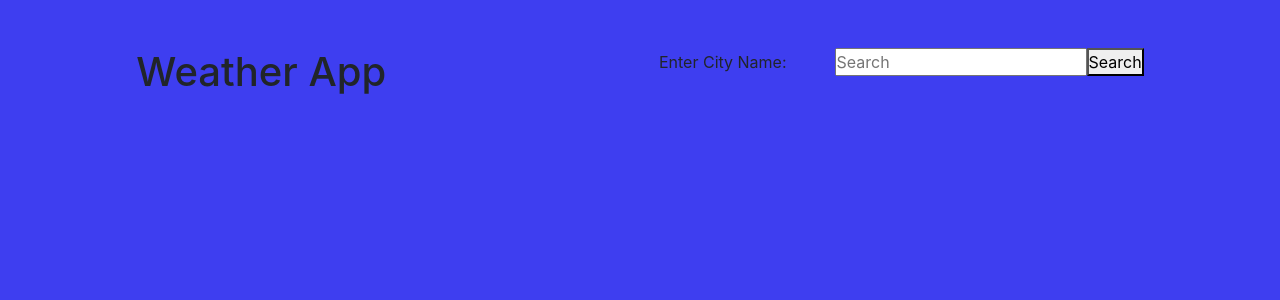
Repository: bhaveshtrades/weatherapp
Page: /
These files come from the project's save history. The page is drawn as it stood at one moment and after the next save; the edit follows.
The browser window is 1280 px wide. The pictures show the whole page.
The project was rebuilt for these pictures with package versions that can differ from the ones it lists, and the page was loaded fresh each time. Also part of the build but not shown: src/components/CurrentWeather.jsx.

Above is the page before, as saved 2023-01-08 19:09:29.

### public/index.html
<!DOCTYPE html>
<html lang="en">
  <head>
    <meta charset="utf-8" />
    <link rel="icon" href="%PUBLIC_URL%/favicon.ico" />
    <meta name="viewport" content="width=device-width, initial-scale=1" />
    <meta name="theme-color" content="#000000" />
    <meta
      name="description"
      content="Web site created using create-react-app"
    />
    <link rel="apple-touch-icon" href="%PUBLIC_URL%/logo192.png" />
    <!--
      manifest.json provides metadata used when your web app is installed on a
      user's mobile device or desktop. See https://developers.google.com/web/fundamentals/web-app-manifest/
    -->
    <link rel="manifest" href="%PUBLIC_URL%/manifest.json" />
    <link href="https://cdn.jsdelivr.net/npm/bootstrap@5.3.0-alpha1/dist/css/bootstrap.min.css" rel="stylesheet" integrity="sha384-GLhlTQ8iRABdZLl6O3oVMWSktQOp6b7In1Zl3/Jr59b6EGGoI1aFkw7cmDA6j6gD" crossorigin="anonymous" />
  </head>

    <!--
      Notice the use of %PUBLIC_URL% in the tags above.
      It will be replaced with the URL of the `public` folder during the build.
      Only files inside the `public` folder can be referenced from the HTML.

      Unlike "/favicon.ico" or "favicon.ico", "%PUBLIC_URL%/favicon.ico" will
      work correctly both with client-side routing and a non-root public URL.
      Learn how to configure a non-root public URL by running `npm run build`.
    -->
    <title>React App</title>
  </head>
  <body>
    <noscript>You need to enable JavaScript to run this app.</noscript>
    <div id="root"></div>
    <!--
      This HTML file is a template.
      If you open it directly in the browser, you will see an empty page.

      You can add webfonts, meta tags, or analytics to this file.
      The build step will place the bundled scripts into the <body> tag.

      To begin the development, run `npm start` or `yarn start`.
      To create a production bundle, use `npm run build` or `yarn build`.
    -->
  </body>
  <script src="https://cdn.jsdelivr.net/npm/@popperjs/core@2.11.6/dist/umd/popper.min.js" integrity="sha384-oBqDVmMz9ATKxIep9tiCxS/Z9fNfEXiDAYTujMAeBAsjFuCZSmKbSSUnQlmh/jp3" crossorigin="anonymous"></script>
  <script src="https://cdn.jsdelivr.net/npm/bootstrap@5.3.0-alpha1/dist/js/bootstrap.min.js" integrity="sha384-mQ93GR66B00ZXjt0YO5KlohRA5SY2XofN4zfuZxLkoj1gXtW8ANNCe9d5Y3eG5eD" crossorigin="anonymous"></script>
</html>

### src/App.js
import React, { useState } from 'react';
import './App.css';
import CurrentWeather from './components/CurrentWeather';
import Navbar from './components/Navbar';

function App() {

    const apiKey = process.env.REACT_APP_API_KEY;

    const[city, setCity] = useState();
    const[weatherData, setWeatherData] = useState([]);
    const[country, setCountry] = useState();
    const[location, setLocation] = useState();
    const[currentDate, setCurrentDate] = useState();
    const[currentDay, setCurrentDay] = useState();
    const[currentMonth, setCurrentMonth] = useState();
    const[currentIcon, setCurrentIcon] = useState();
    const[currentTemp, setCurrentTemp] = useState();
    const[currentStatus, setCurrentStatus] = useState();


    const weekDays = ['Sunday', 'Monday', 'Tuesday', 'Wednesday', 'Thursday', 'Friday', 'Saturday'];
    const months = ["January","February","March","April","May","June","July","August","September","October","November","December"];

    const currentAPI = `http://api.weatherapi.com/v1/current.json?key=${apiKey}&q=${city}`;

     const getWeather = (e)=>{
      e.preventDefault();
      fetch(currentAPI).then(data => data.json())
      .then((response)=>{
        setWeatherData([response]);
        setCountry(response.location.country);
        setLocation(response.location.name);
        setCurrentDate(new Date(`${response.current.last_updated}`).getDate());
        setCurrentDay(new Date(`${response.current.last_updated}`).getDay());
        setCurrentMonth(new Date(`${response.current.last_updated}`).getMonth());
        setCurrentIcon(response.current.condition.icon);
        setCurrentTemp(response.current.temp_c);
        setCurrentStatus(response.current.condition.text);
      });
    }


  return (
    <>
    <Navbar resultProp={getWeather} cityProp={(e)=>{setCity(e.target.value)}}/>
    {weatherData.length !==0 && <CurrentWeather countryProp={country} locationProp={location} dayProp={weekDays[currentDay]} dateProp={currentDate} monthProp={months[currentMonth]} currentIconProp={currentIcon} currentTempProp={currentTemp} currentStatusProp={currentStatus}/>}
    </>
  );
}

export default App;

### src/App.css
*{
  padding: 0;
  margin: 0;
}

body{
  background-color: rgba(61, 61, 240, 0.993);
}

.nDiv1{
  display: flex;
  justify-content: space-around;
  padding-top: 3rem;
}

.searchInput{
  margin-left: 3rem;
}

.cDiv1{
  margin-top: 4rem;
  padding-left: 7rem;
  color: whitesmoke;
}

.cDiv2{
  display: flex;
}

.cDiv3{
  display: flex;
  gap: 4rem;
  justify-content: center;
}

.cDiv5{
  padding-top: 2rem;
}

.cDiv6{
  padding-left: 2rem;
}

.currentIcon{
  height: 8rem;
  width: 8rem;
}

### src/components/Navbar.jsx
import React from 'react'

function Navbar({resultProp, cityProp}){

  return (
    <>
    <div className='nDiv1'>
    <div className='nDiv2'>
    <h1>Weather App</h1>
    </div>
    <div className='nDiv3'>
    <form className='searchBox' role="search" onSubmit={resultProp}>
        <label htmlFor='searchLocation' className='searchLabel'>Enter City Name: </label>
        <input className='searchInput' id='searchLocation' placeholder='Search' onChange={cityProp}/>
        <button className='searchButton' type="submit">Search</button>
    </form>
    </div>
    </div>
    </>
  )
}

export default Navbar;

Loaded but not shown: src/index.js (common file); src/index.css (common file); src/reportWebVitals.js (common file)

After the next save:
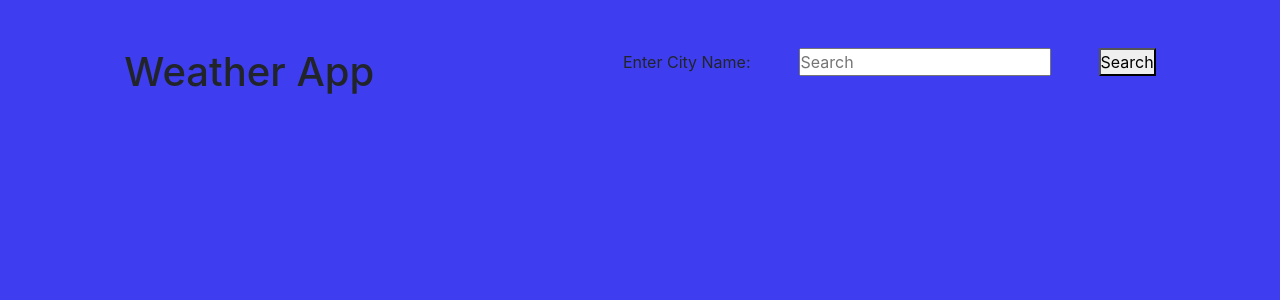
Saved 24 s later.
--- a/src/App.css
+++ b/src/App.css
@@ -14,6 +14,10 @@ body{
 }
 
 .searchInput{
+  margin-left: 3rem;
+}
+
+.searchButton{
   margin-left: 3rem;
 }
 
